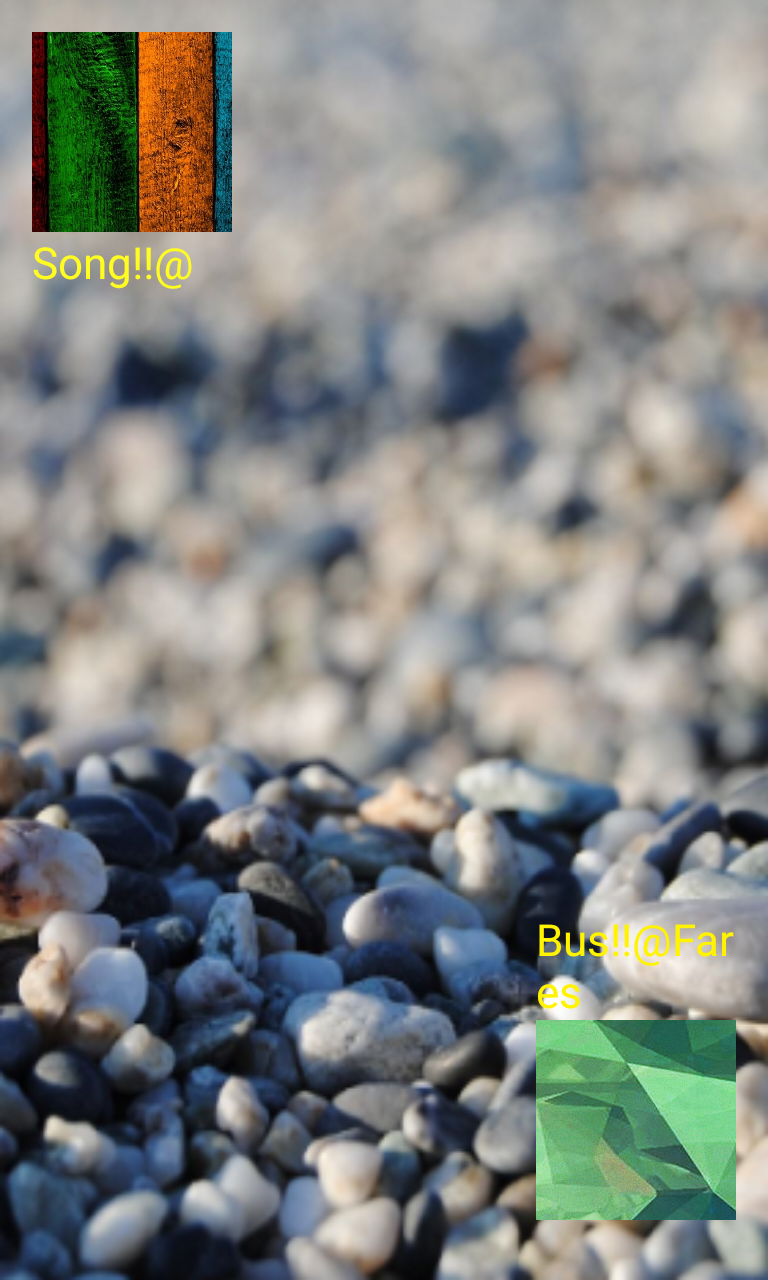
Repository: yogeshwar1996/android-app
Layout: CHD!!@BUSES/res/layout/activity_options.xml
The author's editor kept a copy of each file at every save. The layout is drawn from the files as they stood at one save, then again after the next save.
It is drawn on a 768 x 1280 px phone screen (xhdpi) without system bars, with theme android:Theme.Holo; the app's code is not run.

Above is the layout before, as saved 2016-07-11 05:16:02.

### CHD!!@BUSES/res/layout/activity_options.xml
<RelativeLayout xmlns:android="http://schemas.android.com/apk/res/android"
    xmlns:tools="http://schemas.android.com/tools"
    android:layout_width="match_parent"
    android:layout_height="match_parent"
    android:background="@drawable/img"
    android:paddingBottom="@dimen/activity_vertical_margin"
    android:paddingLeft="@dimen/activity_horizontal_margin"
    android:paddingRight="@dimen/activity_horizontal_margin"
    android:paddingTop="@dimen/activity_vertical_margin"
    tools:context="com.example.chdbuses.Options" >

    <ImageButton
        android:id="@+id/imageButton_o"
        android:layout_width="100dp"
        android:layout_height="100dp"
        android:layout_alignParentLeft="true"
        android:layout_alignParentTop="true"
        android:src="@drawable/po" />

    <TextView
        android:id="@+id/textView1"
        android:layout_width="wrap_content"
        android:layout_height="wrap_content"
        android:layout_above="@+id/imageButton_d"
        android:layout_alignLeft="@+id/imageButton_d"
        android:text="Bus!!@Fares"
        android:textAppearance="?android:attr/textAppearanceLarge"
        android:textColor="#fff300" />

    <ImageButton
        android:id="@+id/imageButton_d"
        android:layout_width="100dp"
        android:layout_height="100dp"
        android:layout_alignParentBottom="true"
        android:layout_alignParentRight="true"
        android:layout_marginBottom="14dp"
        android:src="@drawable/ks" />

    <TextView
        android:id="@+id/textView2"
        android:layout_width="wrap_content"
        android:layout_height="wrap_content"
        android:layout_alignLeft="@+id/imageButton_o"
        android:layout_below="@+id/imageButton_o"
        android:text="Song!!@"
        android:textAppearance="?android:attr/textAppearanceLarge"
        android:textColor="#fffc22" />

</RelativeLayout>

### CHD!!@BUSES/res/values/dimens.xml
<?xml version="1.0" encoding="utf-8"?>
<resources>

    <!-- Default screen margins, per the Android Design guidelines. -->
    <dimen name="activity_horizontal_margin">16dp</dimen>
    <dimen name="activity_vertical_margin">16dp</dimen>
    <dimen name="navigation_drawer_width">240dp</dimen>

</resources>

Loaded but not shown: CHD!!@BUSES/res/values-w820dp/dimens.xml (common file)

After the next save:
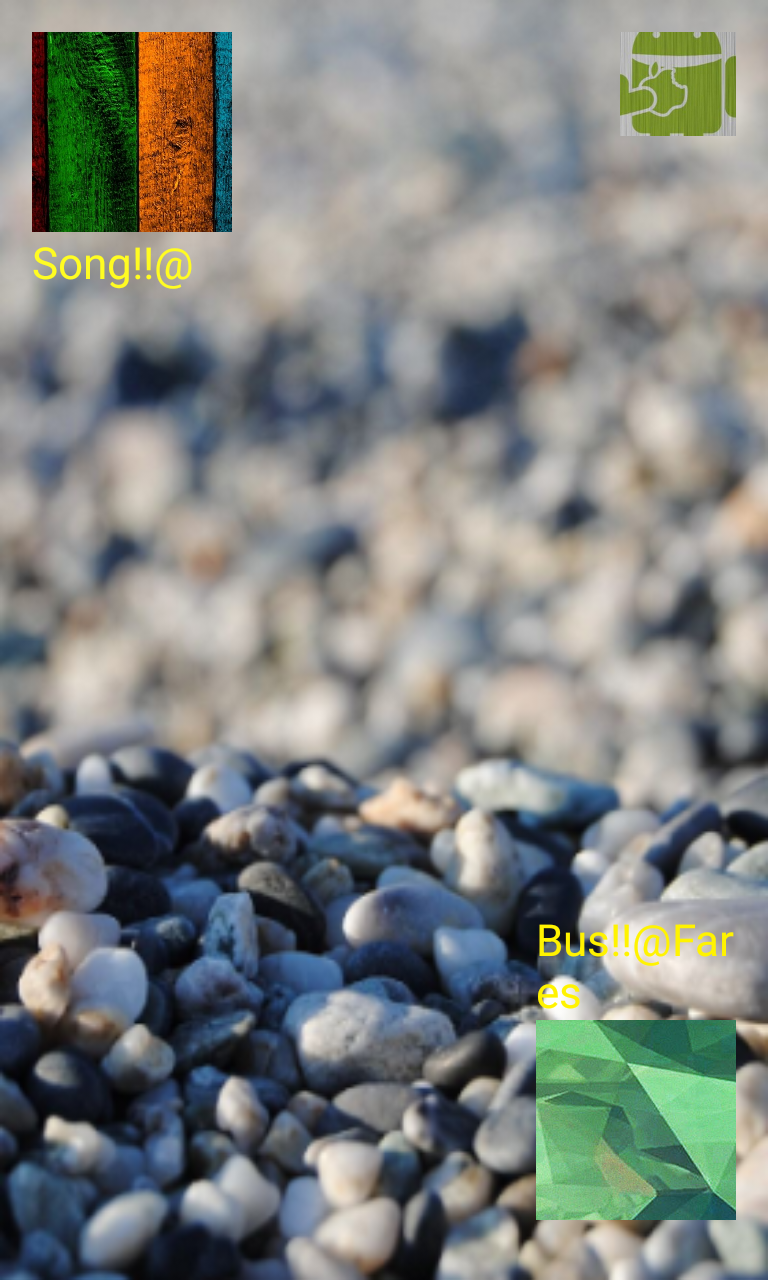
Saved 108 s later.
--- a/CHD!!@BUSES/res/layout/activity_options.xml
+++ b/CHD!!@BUSES/res/layout/activity_options.xml
@@ -46,4 +46,14 @@
         android:textAppearance="?android:attr/textAppearanceLarge"
         android:textColor="#fffc22" />
 
+    <ImageButton
+        android:id="@+id/imageButton1"
+        android:layout_width="100dp"
+        android:layout_height="100dp"
+        android:layout_alignBottom="@+id/imageButton_o"
+        android:layout_alignLeft="@+id/textView1"
+        android:layout_marginBottom="48dp"
+        android:layout_marginLeft="42dp"
+        android:src="@drawable/ka" />
+
 </RelativeLayout>
